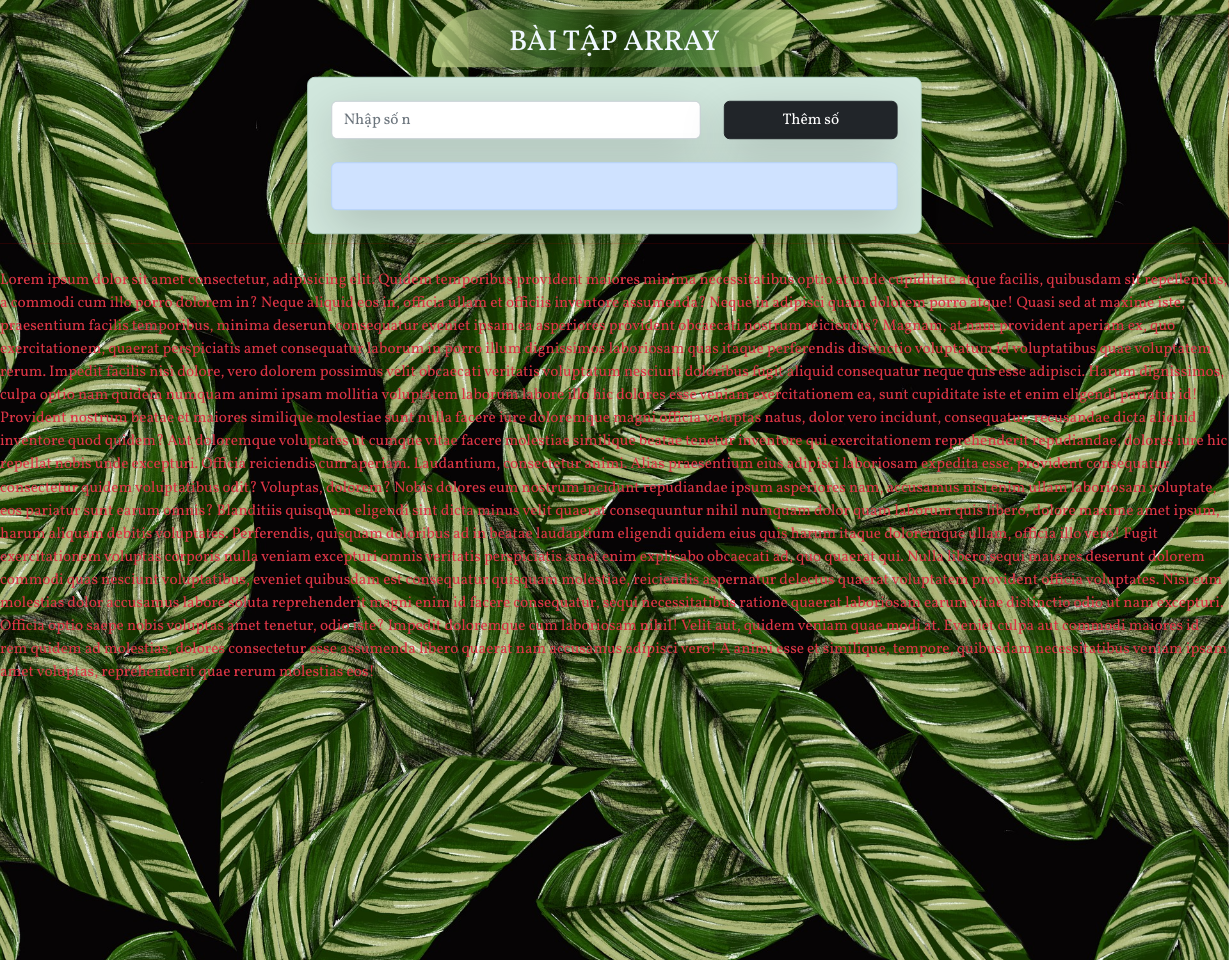
Repository: hcozyph/TranHuuPhuoc_BC43_BT_JS_Buoi7_8_ARRAY
Page: index.html
These files come from the project's save history. The page is drawn as it stood at one moment and after the next save; the edit follows.
The browser window is 1280 px wide. The pictures show the whole page, at 96% of full size.
Backgrounds fixed to the window are drawn as part of the page.

Above is the page before, as saved 2023-02-20 23:53:49.

After the next save:
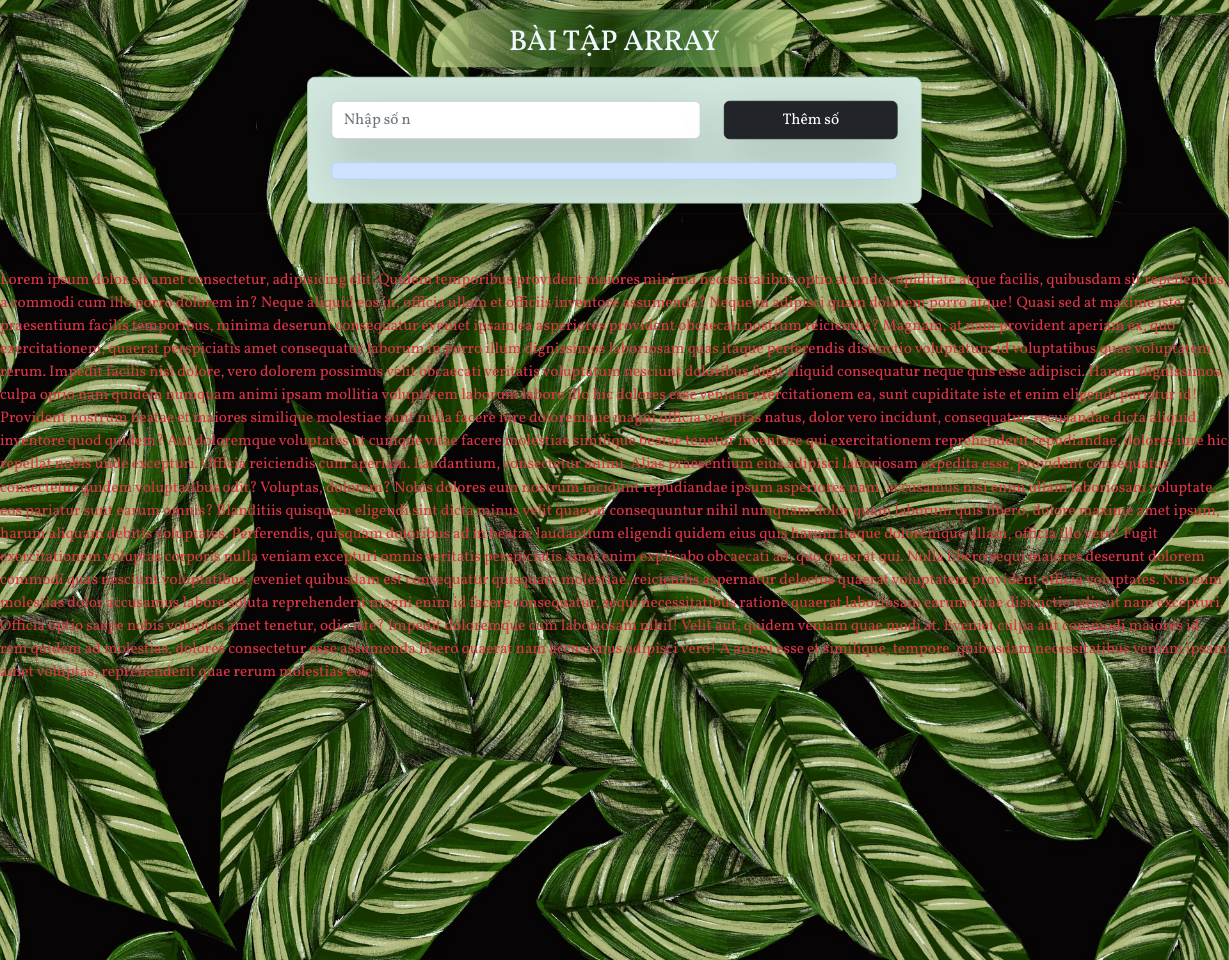
Saved 10 s later.
--- a/index.html
+++ b/index.html
@@ -70,7 +70,7 @@
                         <div class="col">
                             <div
                                 id="user-array"
-                                class="alert alert-primary shadow-lg m-0 p-4"
+                                class="alert alert-primary shadow-lg m-0 p-2"
                                 style="font-size: 16px"
                             ></div>
                         </div>
